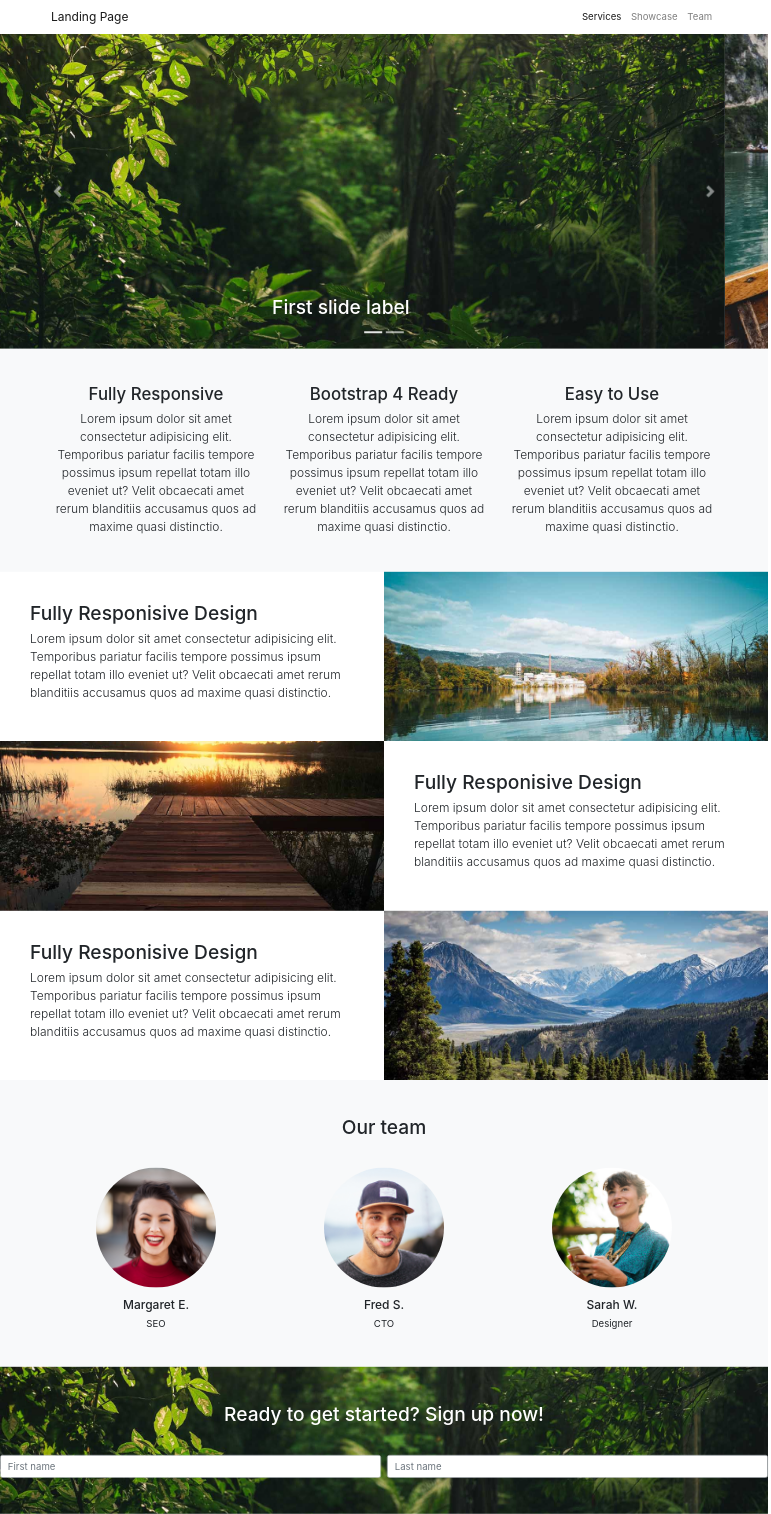
Repository: magdaf41/Bootstrap
Page: zadanie 3/index.html
These files come from the project's save history. The page is drawn as it stood at one moment and after the next save; the edit follows.
The browser window is 1280 px wide. The page is 1285 px wide, then 1280 px, so the pictures cover 1285 px, including what lies to the right of the window. The pictures show the whole page, at 60% of full size.

Above is the page before, as saved 2020-09-18 09:21:32.

### zadanie 3/index.html
<!doctype html>
<html lang="en">

<head>
    <!-- Required meta tags -->
    <meta charset="utf-8">
    <meta name="viewport" content="width=device-width, initial-scale=1, shrink-to-fit=no">
    <title>Landing Page</title>
    <!-- Bootstrap CSS -->
    <link rel="stylesheet" href="https://stackpath.bootstrapcdn.com/bootstrap/4.5.2/css/bootstrap.min.css"
        integrity="sha384-JcKb8q3iqJ61gNV9KGb8thSsNjpSL0n8PARn9HuZOnIxN0hoP+VmmDGMN5t9UJ0Z" crossorigin="anonymous">

    <link rel="stylesheet" href="css/style.css">
    <link rel="stylesheet" href="https://use.fontawesome.com/releases/v5.7.2/css/all.css"
        integrity="sha384-fnmOCqbTlWIlj8LyTjo7mOUStjsKC4pOpQbqyi7RrhN7udi9RwhKkMHpvLbHG9Sr" crossorigin="anonymous">
</head>

<body>
    <nav class="navbar navbar-expand-lg navbar-light ">
        <div class="container">
            <a class="navbar-brand" href="#">Landing Page</a>
            <button class="navbar-toggler" type="button" data-toggle="collapse" data-target="#navbarNav"
                aria-controls="navbarNav" aria-expanded="false" aria-label="Toggle navigation">
                <span class="navbar-toggler-icon"></span>
            </button>
            <div class="collapse navbar-collapse" id="navbarNav">
                <ul class="navbar-nav ml-auto">
                    <li class="nav-item active">
                        <a class="nav-link" href="#">Services</span></a>
                    </li>
                    <li class="nav-item">
                        <a class="nav-link" href="#">Showcase</a>
                    </li>
                    <li class="nav-item">
                        <a class="nav-link" href="#">Team</a>
                    </li>

                </ul>
            </div>
        </div>

    </nav>

    <div id="carouselExampleCaptions" class="carousel slide" data-ride="carousel">
        <ol class="carousel-indicators">
            <li data-target="#carouselExampleCaptions" data-slide-to="0" class="active"></li>
            <li data-target="#carouselExampleCaptions" data-slide-to="1"></li>
        </ol>
        <div class="carousel-inner">
            <div class="carousel-item active">
                <img src="img/slider-1.jpg" class="d-block w-100" alt="View 1">
                <div class="carousel-caption">
                    <h2>First slide label</h2>
                </div>
            </div>
            <div class="carousel-item">
                <img src="img/slider-2.jpg" class="d-block w-100" alt="View 2">
                <div class="carousel-caption">
                    <h2>Second slide label</h2>
                </div>
            </div>
        </div>
        <a class="carousel-control-prev" href="#carouselExampleCaptions" role="button" data-slide="prev">
            <span class="carousel-control-prev-icon" aria-hidden="true"></span>
            <span class="sr-only">Previous</span>
        </a>
        <a class="carousel-control-next" href="#carouselExampleCaptions" role="button" data-slide="next">
            <span class="carousel-control-next-icon" aria-hidden="true"></span>
            <span class="sr-only">Next</span>
        </a>
    </div>

    <section id="services" class="services bg-light">
        <div class="container text-center">
            <div class="row">
                <div class="col-md-4 service-item">
                    <h3>Fully Responsive</h3>
                    <p class="lead mb-0">Lorem ipsum dolor sit amet consectetur adipisicing elit. Temporibus pariatur
                        facilis tempore
                        possimus ipsum repellat totam illo eveniet ut? Velit obcaecati amet rerum blanditiis accusamus
                        quos ad maxime quasi distinctio.</p>
                </div>
                <div class="col-md-4 service-item">
                    <h3>Bootstrap 4 Ready</h3>
                    <p class="lead mb-0">Lorem ipsum dolor sit amet consectetur adipisicing elit. Temporibus pariatur
                        facilis tempore
                        possimus ipsum repellat totam illo eveniet ut? Velit obcaecati amet rerum blanditiis accusamus
                        quos ad maxime quasi distinctio.</p>
                </div>

                <div class="col-md-4 service-item">
                    <h3>Easy to Use</h3>
                    <p class="lead mb-0">Lorem ipsum dolor sit amet consectetur adipisicing elit. Temporibus pariatur
                        facilis tempore
                        possimus ipsum repellat totam illo eveniet ut? Velit obcaecati amet rerum blanditiis accusamus
                        quos ad maxime quasi distinctio.</p>
                </div>


            </div>
        </div>
    </section>

    <section id="showcase" class="showcase">
        <div class="container-fluid">
            <div class="row">
                <div class="col-md-6 order-md-2 showcase-img" style="background-image: url('img/view-1.jpg');"></div>
                <div class="col-md-6 order-md-1 showcase-text">
                    <h2>Fully Responisive Design</h2>
                    <p class="lead">Lorem ipsum dolor sit amet consectetur adipisicing elit. Temporibus pariatur
                        facilis tempore
                        possimus ipsum repellat totam illo eveniet ut? Velit obcaecati amet rerum blanditiis accusamus
                        quos ad maxime quasi distinctio.</p>
                </div>
            </div>
            <div class="row">
                <div class="col-md-6 showcase-img" style="background-image: url('img/view-2.jpg');"></div>
                <div class="col-md-6 showcase-text">
                    <h2>Fully Responisive Design</h2>
                    <p class="lead">Lorem ipsum dolor sit amet consectetur adipisicing elit. Temporibus pariatur
                        facilis tempore
                        possimus ipsum repellat totam illo eveniet ut? Velit obcaecati amet rerum blanditiis accusamus
                        quos ad maxime quasi distinctio.</p>
                </div>
            </div>
            <div class="row">
                <div class="col-md-6 order-md-2 showcase-img" style="background-image: url('img/view-3.jpg');"></div>
                <div class="col-md-6 order-md-1 showcase-text">
                    <h2>Fully Responisive Design</h2>
                    <p class="lead">Lorem ipsum dolor sit amet consectetur adipisicing elit. Temporibus pariatur
                        facilis tempore
                        possimus ipsum repellat totam illo eveniet ut? Velit obcaecati amet rerum blanditiis accusamus
                        quos ad maxime quasi distinctio.</p>
                </div>
            </div>

        </div>

    </section>

    <section id="team" class="team bg-light">
        <div class="container text-center">
            <h2 class="mb-5">Our team</h2>
            <div class="row">
                <div class="col-md-4">
                    <div class="team-item mx-auto">
                        <img src="img/team-1.jpg" alt="team-1" class="rounded-circle img-fluid mb-3">
                        <p class="h5">Margaret E.</p>
                        <p class="mb-0">SEO</p>
                    </div>
                </div>
                <div class="col-md-4">
                    <div class="team-item mx-auto">
                        <img src="img/team-2.jpg" alt="team-2" class="rounded-circle img-fluid mb-3">
                        <p class="h5">Fred S.</p>
                        <p class="mb-0">CTO</p>
                    </div>
                </div>
                <div class="col-md-4">
                    <div class="team-item team-item-last mx-auto">
                        <img src="img/team-3.jpg" alt="team-3" class="rounded-circle img-fluid mb-3">
                        <p class="h5">Sarah W.</p>
                        <p class="mb-0">Designer</p>
                    </div>
                </div>
            </div>
        </div>
    </section>

    <section class="call-to-action">
        <div class="container">
            <h2 class="mb-5 text-white text-center">Ready to get started? Sign up now!</h2>
        </div>
        <form>
            <div class="form-row">
              <div class="col">
                <input type="text" class="form-control" placeholder="First name">
              </div>
              <div class="col">
                <input type="text" class="form-control" placeholder="Last name">
              </div>
            </div>
          </form>

    </section>


    <!-- Optional JavaScript -->
    <!-- jQuery first, then Popper.js, then Bootstrap JS -->
    <script src="https://code.jquery.com/jquery-3.5.1.slim.min.js"
        integrity="sha384-DfXdz2htPH0lsSSs5nCTpuj/zy4C+OGpamoFVy38MVBnE+IbbVYUew+OrCXaRkfj"
        crossorigin="anonymous"></script>
    <script src="https://cdn.jsdelivr.net/npm/popper.js@1.16.1/dist/umd/popper.min.js"
        integrity="sha384-9/reFTGAW83EW2RDu2S0VKaIzap3H66lZH81PoYlFhbGU+6BZp6G7niu735Sk7lN"
        crossorigin="anonymous"></script>
    <script src="https://stackpath.bootstrapcdn.com/bootstrap/4.5.2/js/bootstrap.min.js"
        integrity="sha384-B4gt1jrGC7Jh4AgTPSdUtOBvfO8shuf57BaghqFfPlYxofvL8/KUEfYiJOMMV+rV"
        crossorigin="anonymous"></script>
</body>

</html>

### zadanie 3/css/style.css
section {
    padding: 60px 0;
}

.showcase-img {
    background-size: cover;
    background-position: center;
}

.showcase-text {
    padding: 50px;
}

.showcase {
    padding: 0;
}

.team-item {
    max-width: 200px;
}

.call-to-action {
    background-image: url(../img/slider-1.jpg);
    background-size: cover;
    background-position: center;
}

@media(max-width: 768px) {
    .service-item, .team-item {
        margin-bottom: 50px;
    }
    .service-item:last-child, .team-item-last {
        margin: 0;
    }
    .showcase-img {
        height: 300px;
    }
}

After the next save:
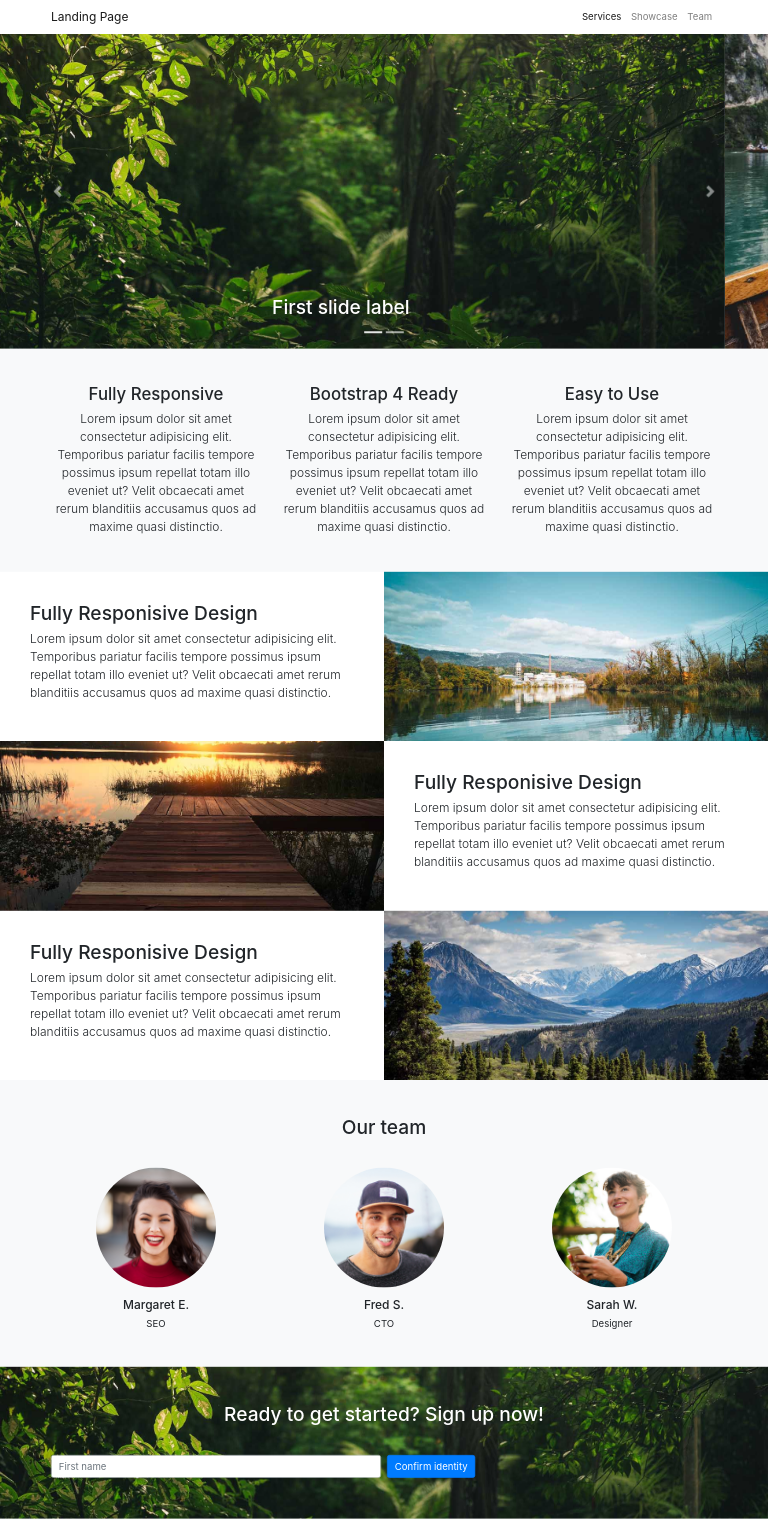
Saved 43 s later.
--- a/zadanie 3/index.html
+++ b/zadanie 3/index.html
@@ -170,17 +170,18 @@
     <section class="call-to-action">
         <div class="container">
             <h2 class="mb-5 text-white text-center">Ready to get started? Sign up now!</h2>
-        </div>
-        <form>
-            <div class="form-row">
-              <div class="col">
-                <input type="text" class="form-control" placeholder="First name">
-              </div>
-              <div class="col">
-                <input type="text" class="form-control" placeholder="Last name">
-              </div>
-            </div>
-          </form>
+            <form>
+                <div class="form-row">
+                    <div class="col">
+                        <input type="text" class="form-control" placeholder="First name">
+                    </div>
+                    <div class="col">
+                        <button type="submit" class="btn btn-primary mb-2">Confirm identity</button>
+                    </div>
+                </div>
+            </form>
+        </div>
+
 
     </section>
 
